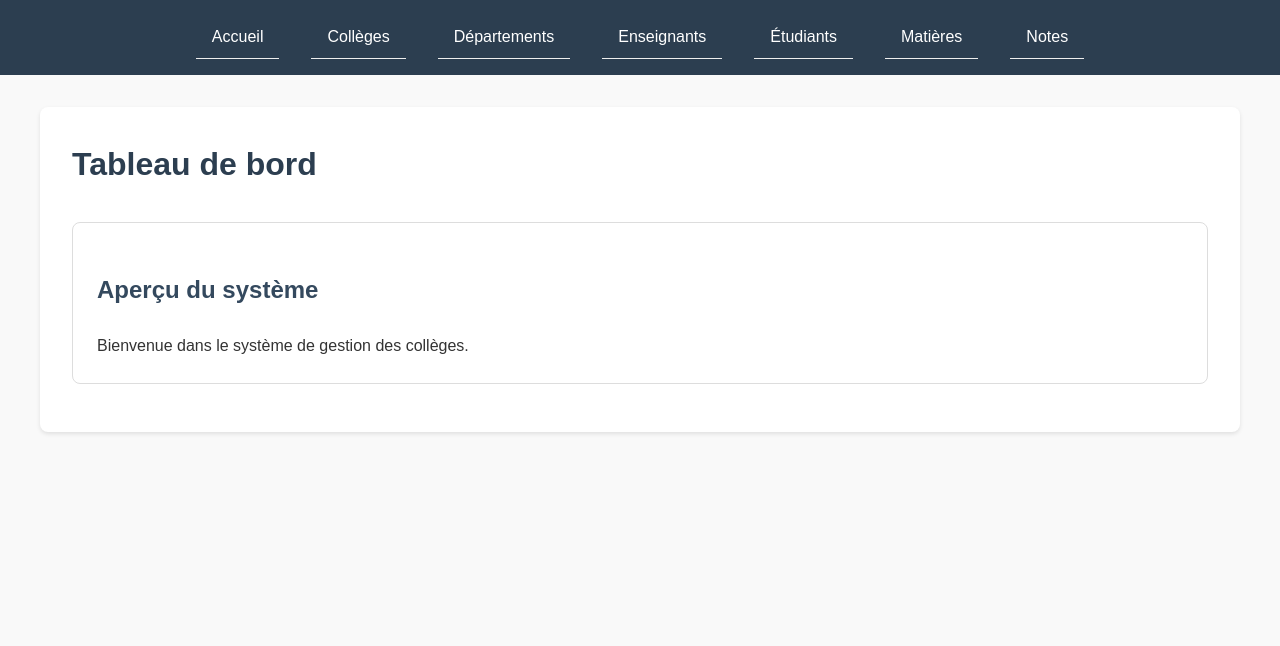
Repository: Ishimw3/college-management
Page: index.html
The author's editor kept a copy of each file at every save. The page is drawn from the files as they stood at one save, then again after the next save.
The browser window is 1280 px wide. The pictures show the whole page.

Above is the page before, as saved 2025-02-24 19:59:22.
Console error: ReferenceError: data is not defined

After the next save:
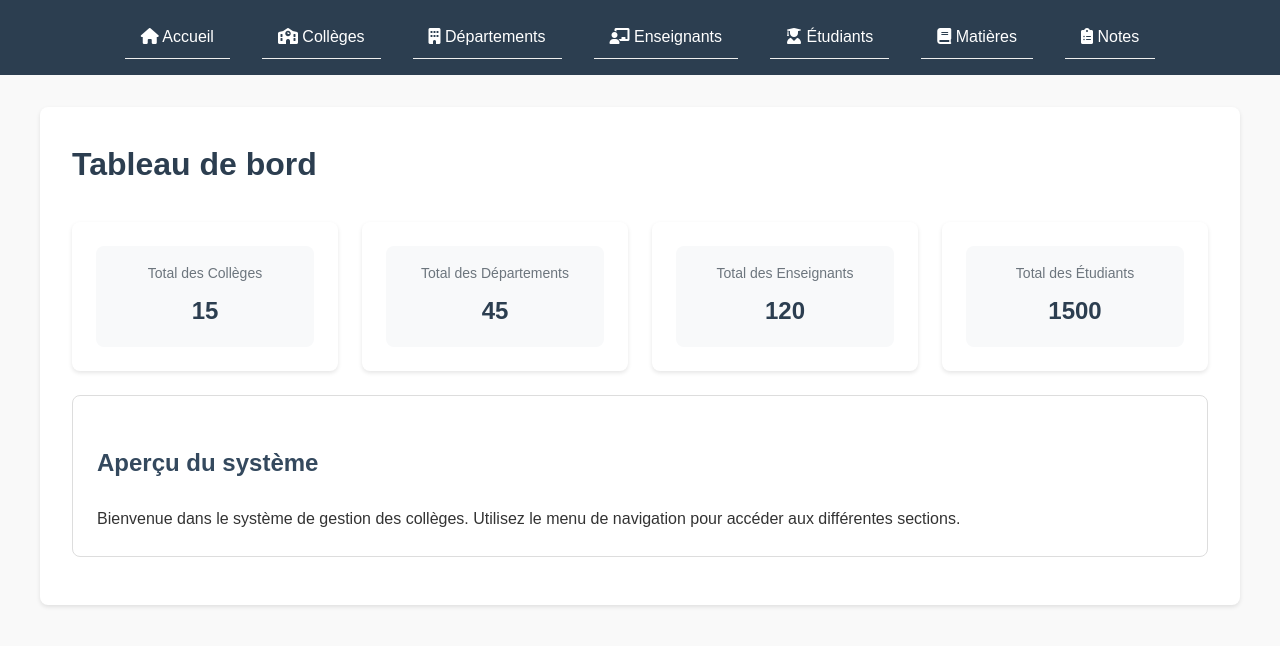
Saved 11 min 3 s later.
--- a/index.html
+++ b/index.html
@@ -5,26 +5,53 @@
     <meta name="viewport" content="width=device-width, initial-scale=1.0">
     <title>Système de Gestion des Collèges</title>
     <link rel="stylesheet" href="assets/css/main.css">
+    <link rel="stylesheet" href="https://cdnjs.cloudflare.com/ajax/libs/font-awesome/6.0.0-beta3/css/all.min.css">
 </head>
 <body>
     <nav>
         <ul>
-            <li><a href="index.html">Accueil</a></li>
-            <li><a href="pages/colleges.html">Collèges</a></li>
-            <li><a href="pages/departements.html">Départements</a></li>
-            <li><a href="pages/teachers.html">Enseignants</a></li>
-            <li><a href="pages/students.html">Étudiants</a></li>
-            <li><a href="pages/subjects.html">Matières</a></li>
-            <li><a href="pages/grades.html">Notes</a></li>
+            <li><a href="index.html"><i class="fas fa-home"></i> Accueil</a></li>
+            <li><a href="pages/colleges.html"><i class="fas fa-school"></i> Collèges</a></li>
+            <li><a href="pages/departements.html"><i class="fas fa-building"></i> Départements</a></li>
+            <li><a href="pages/teachers.html"><i class="fas fa-chalkboard-teacher"></i> Enseignants</a></li>
+            <li><a href="pages/students.html"><i class="fas fa-user-graduate"></i> Étudiants</a></li>
+            <li><a href="pages/subjects.html"><i class="fas fa-book"></i> Matières</a></li>
+            <li><a href="pages/grades.html"><i class="fas fa-clipboard-list"></i> Notes</a></li>
         </ul>
     </nav>
 
     <div class="container">
         <h1>Tableau de bord</h1>
         <div class="dashboard">
+            <div class="stats-grid">
+                <div class="stat-card">
+                    <div class="stat-item">
+                        <div class="stat-label">Total des Collèges</div>
+                        <div class="stat-value">15</div>
+                    </div>
+                </div>
+                <div class="stat-card">
+                    <div class="stat-item">
+                        <div class="stat-label">Total des Départements</div>
+                        <div class="stat-value">45</div>
+                    </div>
+                </div>
+                <div class="stat-card">
+                    <div class="stat-item">
+                        <div class="stat-label">Total des Enseignants</div>
+                        <div class="stat-value">120</div>
+                    </div>
+                </div>
+                <div class="stat-card">
+                    <div class="stat-item">
+                        <div class="stat-label">Total des Étudiants</div>
+                        <div class="stat-value">1500</div>
+                    </div>
+                </div>
+            </div>
             <div class="card">
                 <h2>Aperçu du système</h2>
-                <p>Bienvenue dans le système de gestion des collèges.</p>
+                <p>Bienvenue dans le système de gestion des collèges. Utilisez le menu de navigation pour accéder aux différentes sections.</p>
             </div>
         </div>
     </div>
